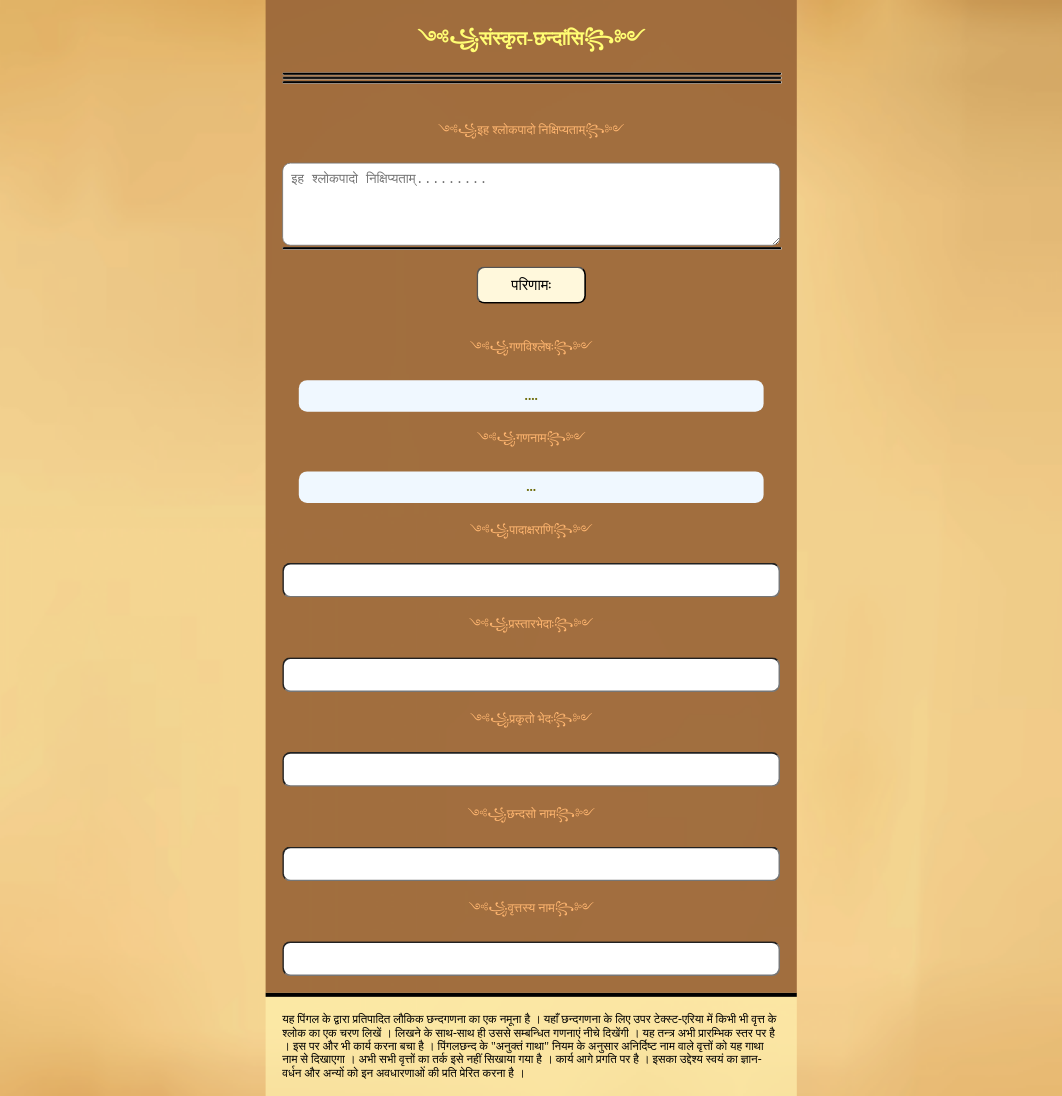
Repository: arshavak/pingala_chhand_shastram
Page: index.html
These files come from the project's save history. The page is drawn as it stood at one moment and after the next save; the edit follows.
The browser window is 1280 px wide. The pictures show the whole page, at 83% of full size.

Above is the page before, as saved 2024-10-20 17:01:27.

### index.html

<head>
<title>संस्कृत-छन्दांसि</title>
<meta name="viewport" content="width=device-width, initial-scale=1.0">

<link rel="stylesheet"  href="style.css">

</head>
<body>
<div class="contaner" id="contaner">

<h3>༺꧁संस्कृत-छन्दांसि꧂༻
</h3>
<hr><hr><hr><br>
<label for="h3">༺꧁इह श्लोकपादो निक्षिप्यताम्꧂༻</label>
<textarea placeholder="इह श्लोकपादो निक्षिप्यताम्.........
" id="inp" onkeyup="lagabodhakam();"></textarea>
<hr>
<button id="btn" onclick="lagabodhakam()">परिणामः</button>
<label>༺꧁गणविश्लेषः꧂༻</label>
<h4 id="SI_vichched">....</h4>
<h4 id="falani"></h4>
<label>༺꧁गणनाम꧂༻</label>
<h4 id="fl">...</h4>
<label>༺꧁पादाक्षराणि꧂༻</label>
<input id="padaksharani" type="number"  readonly="" title="number"/>
<label>༺꧁प्रस्तारभेदाः꧂༻</label>
<input id="prastarabhedah" type="number" readonly="" title="number"/>
<label>༺꧁प्रकृतो भेदः꧂༻</label>
<input id="prakritobhedah" type="number" readonly="" title="number"/>
<label>༺꧁छन्दसो नाम꧂༻</label>
<input id="chhandasonama" type="text" readonly="" title="number"/>

<label>༺꧁वृत्तस्य नाम꧂༻</label>
<input id="vname" type="text" readonly="" title="number"/>
<span id="ktmtest"></span>

</div>

<div class="vivaran">

 <p>
     यह पिंगल के द्वारा प्रतिपादित लौकिक छन्दगणना का एक नमूना है ।
     यहाँ छन्दगणना के लिए उपर टेक्स्ट-एरिया में किभी भी वृत्त के  श्लोक का एक चरण लिखें । लिखने के साथ-साथ ही उससे सम्बन्धित गणनाएं नीचे  दिखेंगी । यह तन्त्र अभी प्रारम्भिक स्तर पर है । इस पर और भी कार्य करना बचा है । पिंगलछन्द के "अनुक्तं गाथा" नियम के अनुसार अनिर्दिष्ट नाम वाले वृत्तों  को यह गाथा नाम से दिखाएगा । अभी सभी वृत्तों का तर्क इसे नहीं सिखाया गया है । कार्य आगे प्रगति पर है । इसका उद्देश्य स्वयं का ज्ञान-वर्धन और अन्यों को इन अवधारणाओं की प्रति प्रेरित करना है ।

 </p>

</div>
<script src="Javascript files/main-script.js"></script>
<script src="Javascript files/vritt-script.js"></script>
<script src="Javascript files/gan-script.js"></script>
</body>

### style.css


*{
  padding: 0;
  margin: 0;

}

body {
  background-image: url("fotos/bgchh.png");
  background-position: center;
  background-repeat: no-repeat;

  background-size: cover;
  font-size: 20px;
}
label {
  margin-top: 15px;
  margin-bottom: 15px;
  display: block;
  font-size: 15px;
  color:#ffb670;
}

textarea {
  min-width: 100%;
  resize: vertical;
  min-height: 100px;
  padding: 10px;
  border-radius: 10px;
  font-size: 16px;
}

input{
  outline: none;
  width: 100%;
  padding: 10px;
  border-radius: 10px;
  font-size: 16px;
}

#btn{
  margin: 20px;
  background-color: cornsilk;
  display: inline-block;
  padding: 10px 40px;
  border-radius: 10px;
  font-weight: 400px;
  font-size: 18px;
  cursor: pointer;
  transition: background-color 0.3s ease;
}

#btn :hover{
  background-color: #f9b93f;
}
#btn :active{
   transform: calc(.2);
}
.contaner{
  padding: 20px;
  position: relative;
  text-align: center;
  background-color: #9d693af0;
  max-width: 600px;
  margin: auto;

}
.vivaran{
  background-color: rgba(255, 241, 174, 0.686);
/* color: rgb(2, 98, 98); */
padding: 20px;
font-size: 14px;
max-width: 600px;
  margin: auto;
  border-top:5px solid #000000;
}

#falani{
  display:none
}
#ktmtest{
  font-size:0px;
}

h3{
  color:#fffd73;
}

h4 {
  color:#696700;
  margin: auto;
  word-wrap:break-word;
  font-weight:900;
  overflow-x:hidden;
  background-color: aliceblue;
  outline: none;
  width: 90%;
  padding: 10px;
  border-radius: 10px;
  font-size: 16px;
}

hr{
  background-color: #000000;
  height: 2px;
  width: 100%;
  border-radius: 20px;
  margin-top: 1px;
}

### Javascript files/gan-script.js
function gan(){
document.getElementById("fl").innerHTML="";
var x = document.getElementById("falani").innerText;
x=x.match(/.{1,3}/g);
var falam = document.getElementById("fl");
document.getElementById("SI_vichched").innerText=x;
for(var i = 0; i<x.length; i++){
if(x[i]=="ISI"){
falam.innerHTML+=`<b class="alrt" onclick="alert('कदा स ज्')">जगण</b>`;
}else
if(x[i]=="SSS"){
falam.innerHTML+= `<b class="alrt" onclick="alert('धीश्रीस्त्री म्')">मगण</b>`;
}else
if(x[i]=="ISS"){
falam.innerHTML+=`<b class="alrt" onclick="alert('वरा सा य्')">यगण</b>`;
}else

if(x[i]=="SIS"){
falam.innerHTML+=`<b class="alrt" onclick="alert('का गुहा र्')">रगण</b>`;
}else

if(x[i]=="IIS"){
falam.innerHTML+=`<b class="alrt" onclick="alert('वसुधा स्')">सगण</b>`;
}else

if(x[i]=="SSI"){
falam.innerHTML+=`<b class="alrt" onclick="alert('सा ते क्व त्')">तगण</b>`;
}else

if(x[i]=="SII"){
falam.innerHTML+=`<b class="alrt" onclick="alert('किं वद भ्')">भगण</b>`;
}else

if(x[i]=="III"){
falam.innerHTML+=`<b class="alrt" onclick="alert('न हसन्')">नगण</b>`;
}else

if(x[i]=="S"){
falam.innerHTML+=`<b class="alrt" onclick="alert('गन्ते , ध्रादिपरः , हे ')">गुरु</b>`;
}else

if(x[i]=="SS"){
falam.innerHTML+=`<b class="alrt" onclick="alert('गन्ते , ध्रादिपरः , हे ')">गुरुगुरु</b>`;
}else

if(x[i]=="SI"){
falam.innerHTML+=`<b class="alrt" onclick="alert('लघुगुरु')"> गुरुलघु</b>`;
}else

if(x[i]=="IS"){
falam.innerHTML+=`<b class="alrt" onclick="alert('लघुगुरु ')">लघुगुरु </b>`;
}else

if(x[i]=="II"){
falam.innerHTML+=`<b class="alrt" onclick="alert('लघु लघु')">लघु लघु</b>`;
}else

if(x[i]=="I"){
falam.innerHTML+=`<b class="alrt" onclick="alert('लघु')">लघु</b>`;
}else{
falam.innerHTML="......";
}}}

Loaded but not shown: Javascript files/main-script.js (no copy from this time; the picture is the same without it); Javascript files/vritt-script.js (no copy from this time; the picture is the same without it)

After the next save:
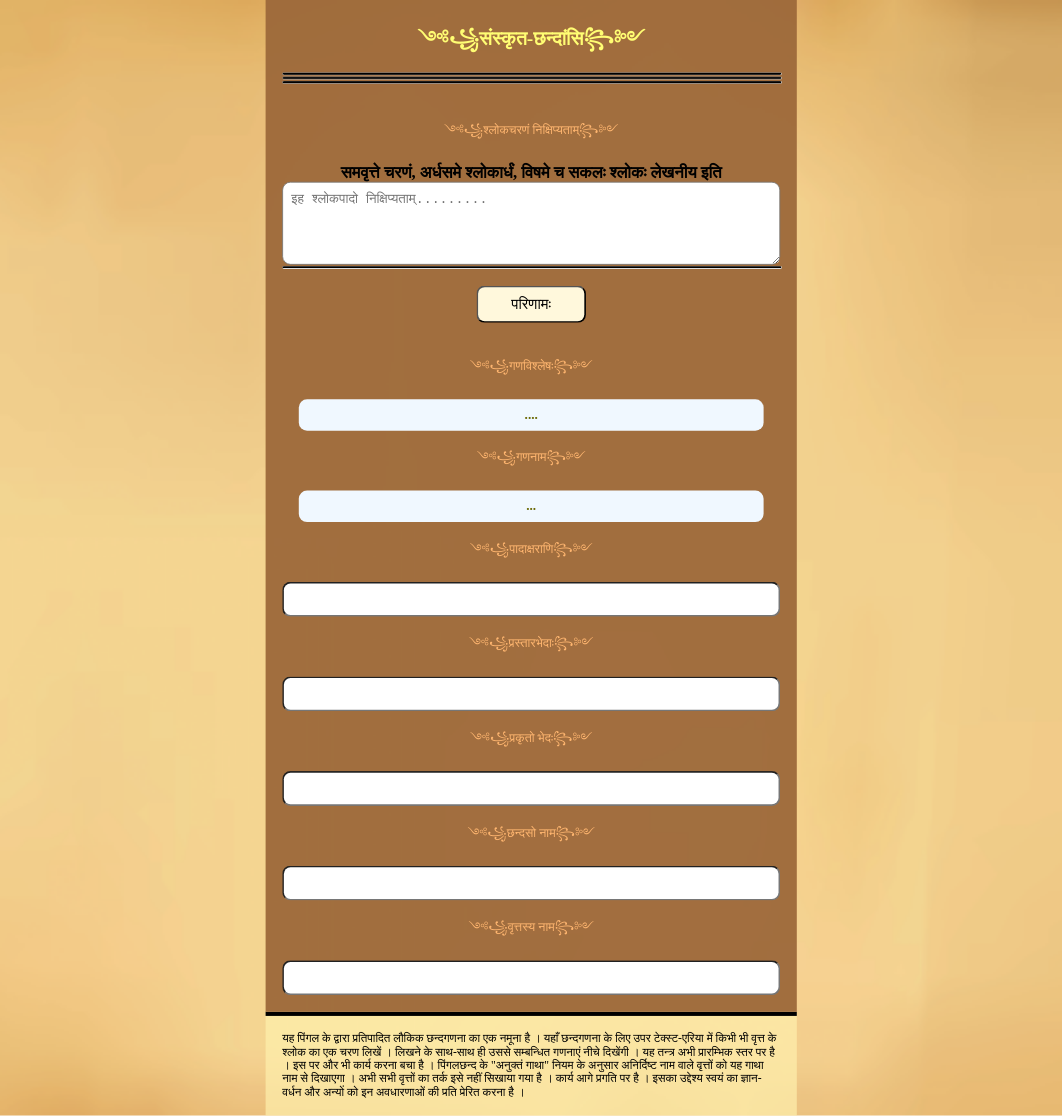
Saved 3 min 8 s later.
--- a/index.html
+++ b/index.html
@@ -12,7 +12,8 @@
 <h3>༺꧁संस्कृत-छन्दांसि꧂༻
 </h3>
 <hr><hr><hr><br>
-<label for="h3">༺꧁इह श्लोकपादो निक्षिप्यताम्꧂༻</label>
+<label for="h3">༺꧁श्लोकचरणं निक्षिप्यताम्꧂༻</label>
+<b id="note">समवृत्ते चरणं, अर्धसमे श्लोकार्धं, विषमे च सकलः श्लोकः लेखनीय इति</b>
 <textarea placeholder="इह श्लोकपादो निक्षिप्यताम्.........
 " id="inp" onkeyup="lagabodhakam();"></textarea>
 <hr>
